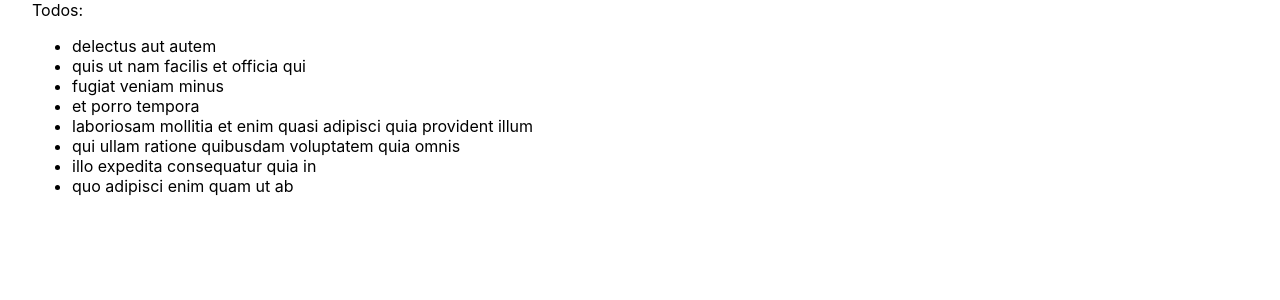
Repository: vhoreho/react
Page: / (app in myapp/)
The author's editor kept a copy of each file at every save. The page is drawn from the files as they stood at one save, then again after a run of saves.
The browser window is 1280 px wide. The pictures show the whole page.
The project was rebuilt for these pictures with package versions that can differ from the ones it lists, and the page was loaded fresh each time.

Above is the page before, as saved 2022-08-08 21:28:37.

### myapp/src/App.js
import './App.css';
import Todos from './components/Todos';

function App() {
  return (
    <div className="App">
      <Todos />
    </div>
  );
}

export default App;

### myapp/src/App.css
.App {
  max-width: 960px;
  margin-inline: 2rem;
}

### myapp/src/components/Todos.js
import React, { useState } from 'react'
import { todos as initialState } from '../data'
import TodoItem from './TodoItem';

export default function Todos() {
    const [todos, setTodos] = useState(initialState);

    return (
        <div>
            Todos:
            <ul>
                {todos.map(todo => <TodoItem key={todo.id} {...todo} />)}
            </ul>
        </div>
    )
}

### myapp/src/data/index.js
export const todos = [
  {
    "userId": 1,
    "id": 1,
    "title": "delectus aut autem",
    "completed": false
  },
  {
    "userId": 1,
    "id": 2,
    "title": "quis ut nam facilis et officia qui",
    "completed": false
  },
  {
    "userId": 1,
    "id": 3,
    "title": "fugiat veniam minus",
    "completed": false
  },
  {
    "userId": 1,
    "id": 4,
    "title": "et porro tempora",
    "completed": true
  },
  {
    "userId": 1,
    "id": 5,
    "title": "laboriosam mollitia et enim quasi adipisci quia provident illum",
    "completed": false
  },
  {
    "userId": 1,
    "id": 6,
    "title": "qui ullam ratione quibusdam voluptatem quia omnis",
    "completed": false
  },
  {
    "userId": 1,
    "id": 7,
    "title": "illo expedita consequatur quia in",
    "completed": false
  },
  {
    "userId": 1,
    "id": 8,
    "title": "quo adipisci enim quam ut ab",
    "completed": true
  }
]

### myapp/src/components/TodoItem.js
import React from 'react'

export default function TodoItem(props) {
    const { id, copmpleted, title } = props;
    return (
        <li>
            {title}
        </li>
    )
}

### myapp/src/components/Input.js
import React from 'react'

export default function Input() {
  return (
    <input placeholder='Please enter your todo' />
  )
}

Loaded but not shown: myapp/public/index.html (common file); myapp/src/index.js (common file); myapp/src/index.css (common file)

After the next 2 saves:
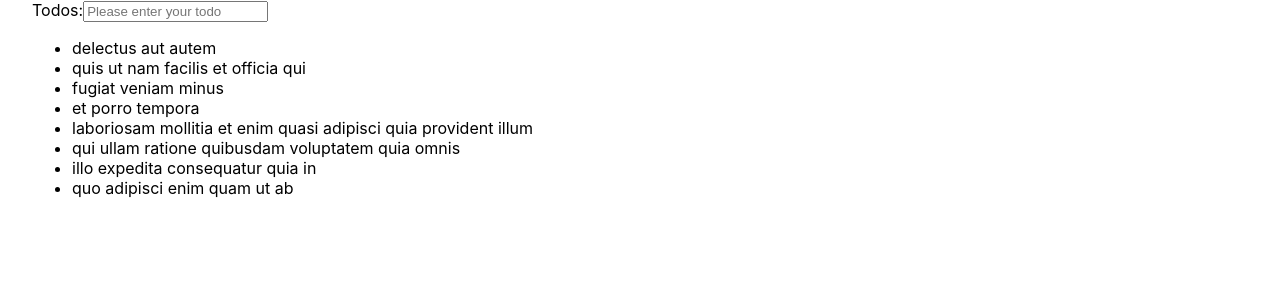
The 2 saves are shown as one change because 1 did not build or start.
The last was saved 53 s later.
--- a/myapp/src/components/Todos.js
+++ b/myapp/src/components/Todos.js
@@ -1,6 +1,7 @@
 import React, { useState } from 'react'
 import { todos as initialState } from '../data'
 import TodoItem from './TodoItem';
+import Input from './Input';
 
 export default function Todos() {
     const [todos, setTodos] = useState(initialState);
@@ -8,6 +9,7 @@
     return (
         <div>
             Todos:
+            <Input />
             <ul>
                 {todos.map(todo => <TodoItem key={todo.id} {...todo} />)}
             </ul>
